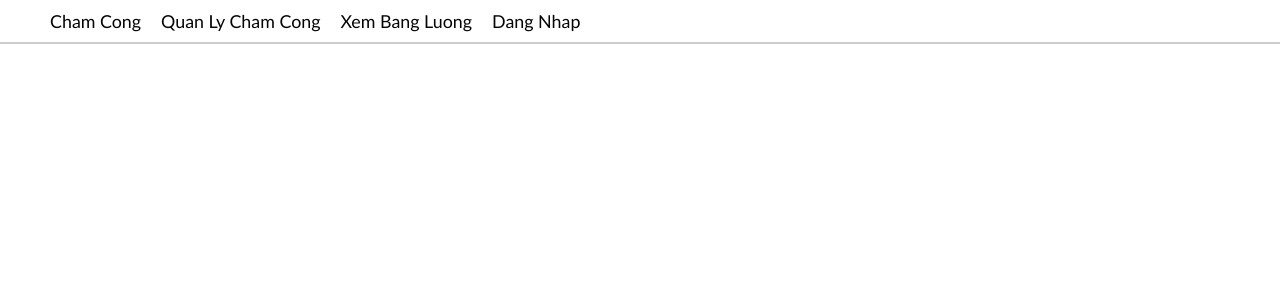
Repository: LDDUNG2003/a
Page: index.html
The author's editor kept a copy of each file at every save. The page is drawn from the files as they stood at one save, then again after the next save.
The browser window is 1280 px wide. The pictures show the whole page.

Above is the page before, as saved 2023-10-14 17:55:14.

### index.html
<!DOCTYPE html>
<html lang="en">

<head>
    <meta charset="UTF-8">
    <meta name="viewport" content="width=device-width, initial-scale=1.0">
    <title>trang chu</title>
    <link rel="stylesheet" href="./controlView/css/base.css">
    <link rel="stylesheet" href="./controlView/css/index.css">
</head>

<body>
    <div class="main">
        <!-- start header -->
        <header class="app__header">
            <nav class="navBar">
                <ul class="navBar-list">
                    <li class="navBar--items"><a href="" class="navbar--link">Cham cong</a></li>
                    <li class="navBar--items"><a href="" class="navbar--link">Quan ly cham cong</a></li>
                    <li class="navBar--items">
                        <a href="" class="navbar--link">Xem bang luong</a></li>
                    <!-- login  -->
                    <li class="navBar--items">
                        <a href="./login.html" class="navbar--link">dang nhap</a></li>
                    <!-- admin menu -->
                    <!-- <li class="navBar--items">
                        admin
                        <ul class="account-list">
                            <li class="account--item"><a href="" class="navbar--link">admin</a></li>
                            <li class="account--item"><a href="" class="navbar--link">quan li nhan su</a></li>
                            <li class="account--item"><a href="" class="navbar--link">dang xuat</a></li>
                        </ul>
                    </li> -->
                    <!-- personnel menu -->
                    <!-- <li class="navBar--items">
                        account name
                        <ul class="account-list">
                            <li class="account--item"><a href="" class="navbar--link">cai dat tai khoan</a></li>
                            <li class="account--item"><a href="" class="navbar--link">dang ki ca lam</a></li>
                            <li class="account--item"><a href="" class="navbar--link">dang xuat</a></li>
                        </ul>
                    </li> -->
                </ul>
            </nav>
        </header>
        <!-- end header -->

        <!-- start content -->
        <div class="app__content">

        </div>
        <!-- end content -->
    </div>
</body>

</html>

### controlView/css/base.css
:root {
    --primary-color: #0066cc;
    --text-color: #040404;
}

* {
    padding: 0px;
    margin: 0px;
    font-family: 'Trebuchet MS', 'Lucida Sans Unicode', 'Lucida Grande', 'Lucida Sans', Arial, sans-serif;
}

html,
body {
    font-size: 0.62rem;
}

.main {}

.app__header {
    width: 100%;
    border-bottom: solid 2px #ccc;
    background-color: #fff;
}

.navBar {
    width: 100%;
    max-width: 1200px;
    margin: auto;
    cursor: pointer;
}

.navBar-list {
    display: flex;
    list-style: none;
}

.navBar--items {
    padding: 10px 10px;
    font-size: 1.8rem;
    position: relative;
    text-transform: capitalize;
    color: var(--text-color);
}

.navBar--items::after {
    content: '';
    padding-top: 5px;
    top: 80%;
    left: 10px;
    display: none;
    /* width: 0px; */
    background-color: var(--primary-color);
    position: absolute;
    width: 70px;
}

.navBar--items:hover .navBar--items::after {
    display: block;
}

.navbar--link {
    text-decoration: none;
    color: inherit;
}

.account-list {
    position: absolute;
    width: 150px;
    display: none;
    list-style: none;
    padding: 4px;
    color: var(--text-color);
    top: 100%;
    left: 0px;
    box-shadow: #414141;
    background-color: white;
}

.navBar--items:hover .account-list {
    display: block;
}

.account--item {
    padding: 5px 0px;
    border-bottom: solid 1px #ccc;
}

Loaded but not shown: controlView/css/index.css (no stored copy; drawn as an empty file)

After the next save:
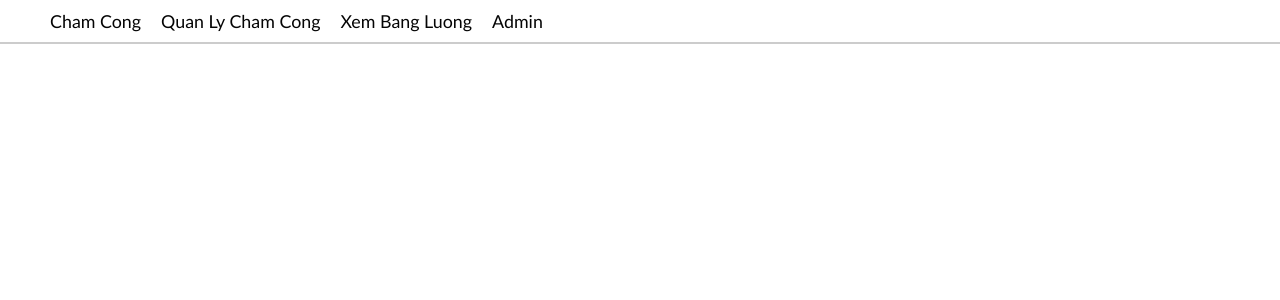
Saved 2 min 43 s later.
--- a/index.html
+++ b/index.html
@@ -20,17 +20,17 @@
                     <li class="navBar--items">
                         <a href="" class="navbar--link">Xem bang luong</a></li>
                     <!-- login  -->
+                    <!-- <li class="navBar--items">
+                        <a href="./login.html" class="navbar--link">dang nhap</a></li> -->
+                    <!-- admin menu -->
                     <li class="navBar--items">
-                        <a href="./login.html" class="navbar--link">dang nhap</a></li>
-                    <!-- admin menu -->
-                    <!-- <li class="navBar--items">
                         admin
                         <ul class="account-list">
                             <li class="account--item"><a href="" class="navbar--link">admin</a></li>
                             <li class="account--item"><a href="" class="navbar--link">quan li nhan su</a></li>
                             <li class="account--item"><a href="" class="navbar--link">dang xuat</a></li>
                         </ul>
-                    </li> -->
+                    </li>
                     <!-- personnel menu -->
                     <!-- <li class="navBar--items">
                         account name

After the save that followed:
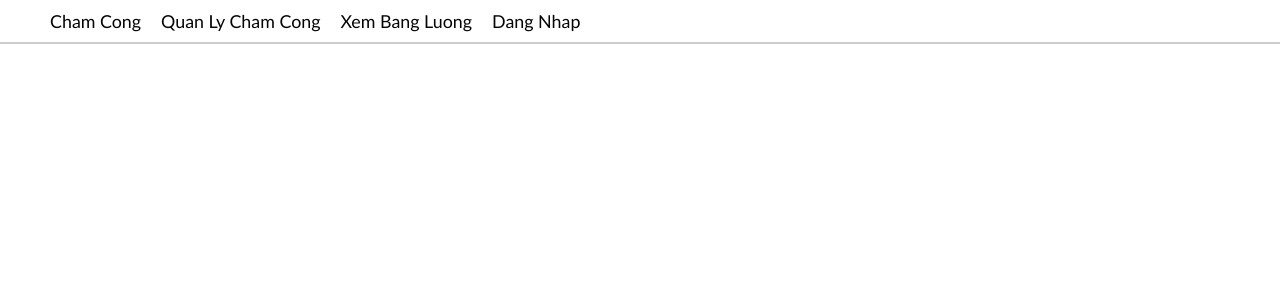
Saved 8 s later.
--- a/index.html
+++ b/index.html
@@ -20,17 +20,17 @@
                     <li class="navBar--items">
                         <a href="" class="navbar--link">Xem bang luong</a></li>
                     <!-- login  -->
+                    <li class="navBar--items">
+                        <a href="./login.html" class="navbar--link">dang nhap</a></li>
+                    <!-- admin menu -->
                     <!-- <li class="navBar--items">
-                        <a href="./login.html" class="navbar--link">dang nhap</a></li> -->
-                    <!-- admin menu -->
-                    <li class="navBar--items">
                         admin
                         <ul class="account-list">
                             <li class="account--item"><a href="" class="navbar--link">admin</a></li>
                             <li class="account--item"><a href="" class="navbar--link">quan li nhan su</a></li>
                             <li class="account--item"><a href="" class="navbar--link">dang xuat</a></li>
                         </ul>
-                    </li>
+                    </li> -->
                     <!-- personnel menu -->
                     <!-- <li class="navBar--items">
                         account name
